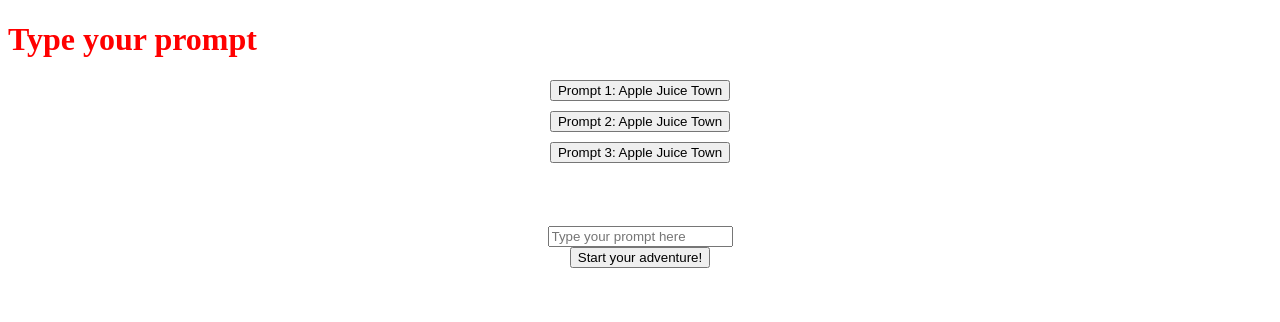
Repository: Appl3Kitti3/PROJECT_4537
Page: ClientSide/index.html
These files come from the project's save history. The page is drawn as it stood at one moment and after a run of saves; the edit follows.
The browser window is 1280 px wide. The pictures show the whole page.

Above is the page before, as saved 2024-10-17 20:59:01.

After the next 3 saves:
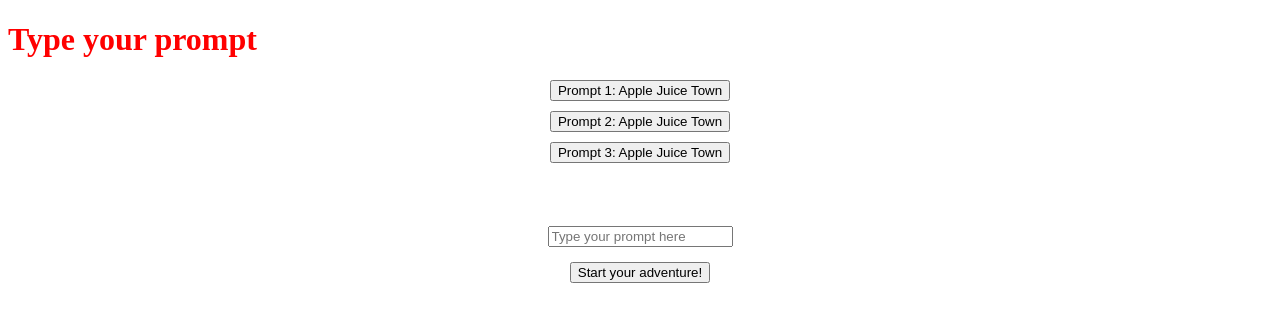
The 3 saves are shown as one change because they came seconds apart.
The last was saved 11 s later.
--- a/ClientSide/index.html
+++ b/ClientSide/index.html
@@ -22,7 +22,11 @@
             .main_container
             {
                 padding: 5%;
+            }
 
+            form
+            {
+                gap: 15px;
             }
 
         </style>
